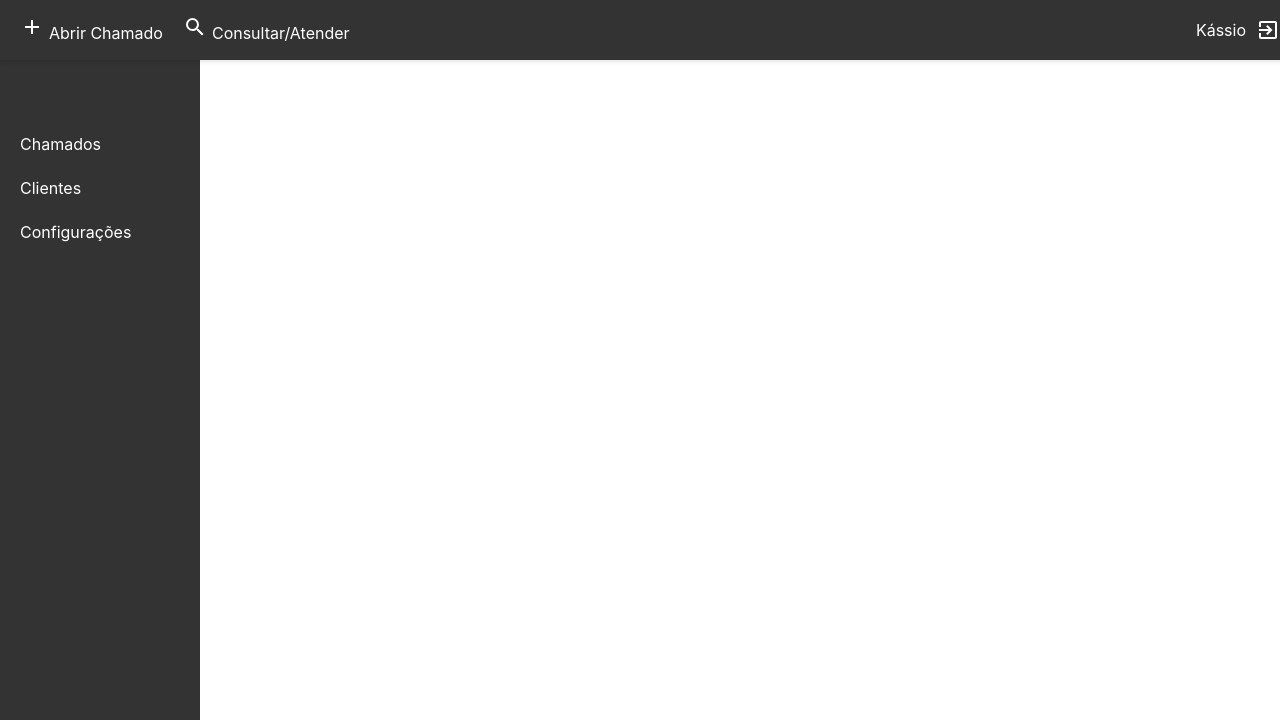
Repository: zkassimz/helpdesk
Page: /
An editor plug-in stored every save of this project. The page is shown before and after the next save, followed by the edit.
The browser window is 1280 px wide. The pictures show the whole page.
The project was rebuilt for these pictures with package versions that can differ from the ones it lists, and the page was loaded fresh each time. Also part of the build but not shown: vite.config.js, src/components/css/Chamados.css, src/components/Chamados.jsx, src/components/Clientes.jsx, src/components/Configuracoes.jsx.

Above is the page before, as saved 2024-04-01 13:27:40.

### index.html
<!doctype html>
<html lang="en">

  <body>
    <div id="root"></div>
    <script type="module" src="/src/main.jsx"></script>
  </body>
</html>

### src/App.jsx
// src/App.js
import React, { useState } from 'react';
import AppBar from './components/AppBar'; // Importando o componente AppBar
import Sidebar from './components/Sidebar';
import Chamados from './components/Chamados';
import Clientes from './components/Clientes';
import Configuracoes from './components/Configuracoes';
import './App.css';

function App() {
  const [currentPage, setCurrentPage] = useState('Dashboard');

  const renderPage = () => {
    switch (currentPage) {
      case 'Chamados':
        return <Chamados />;
      case 'Clientes':
        return <Clientes />;
      case 'Configuracoes':
        return <Configuracoes />;
      default:
        return <div>Página não encontrada</div>;
    }
  };

  return (
    <div className="app">
      <AppBar />
      <div className="content">
        <Sidebar setCurrentPage={setCurrentPage} />
        <div className="main-content">
          {renderPage()}
        </div>
      </div>
    </div>
  );
}

export default App;

### src/components/AppBar.jsx

import React from 'react';
import { MdAdd, MdSearch, MdExitToApp } from 'react-icons/md';
import './css/AppBar.css';
const AppBar = () => {
  return (
    <div className="appbar">
      <div className="appbar-left">
        <div className="appbar-item" onClick={() => console.log("Abrir chamado")}>
          <MdAdd size={24} />
          <span>Abrir Chamado</span>
        </div>
        <div className="appbar-item" onClick={() => console.log("Consultar/Atender")}>
          <MdSearch size={24} />
          <span>Consultar/Atender</span>
        </div>
      </div>
      <div className="appbar-right">
        <span>Kássio </span>
        <div className="logout-button" onClick={() => console.log("Logout")}>
          <MdExitToApp size={24} />
        </div>
      </div>
    </div>
  );
};

export default AppBar;

### src/components/Sidebar.jsx
import React from 'react';
import './css/SideBar.css';

const Sidebar = ({ setCurrentPage }) => {
  const handleClick = (page) => {
    setCurrentPage(page);
  };

  return (
    <div className="sidebar">
      <div className="sidebar-header">
        <h3>Menu</h3>
      </div>
      <ul className="menu">
        <li onClick={() => handleClick('Chamados')}>Chamados</li>
        <li onClick={() => handleClick('Clientes')}>Clientes</li>
        <li onClick={() => handleClick('Configurações')}>Configurações</li>
      </ul>
    </div>
  );
};

export default Sidebar;

### src/App.css

.app {
  display: grid;
  grid-template-rows: auto 1fr;
  height: 100vh;
}
.sidebar {
  width: 200px;
  background-color: #333;
  color: #fff;
}

.main-content {
  flex: 1;
  overflow-y: auto;
}

.content {
  display: flex;
}

.sidebar-header {
  padding: 20px;
  text-align: center;
}

.menu {
  list-style-type: none;
  padding: 0;
}

.menu li {
  padding: 10px 20px;
  cursor: pointer;
}

.menu li:hover {
  background-color: #555;
}

### src/components/css/AppBar.css


.appbar {
    background-color: #333;
    color: #fff;
    display: flex;
    justify-content: space-between;
    align-items: center;
    padding: 0 20px;
    height: 60px; /* Definindo a altura da AppBar */
    width: 100%; /* Definindo a largura da AppBar como 100% da tela */
    position: fixed; /* Fixando a AppBar no topo da tela */
    top: 0; /* Alinhando a AppBar no topo da tela */
    z-index: 1000; /* Ajustando a ordem de empilhamento para que a AppBar fique acima de outros elementos */
    box-shadow: 0 2px 4px rgba(0, 0, 0, 0.1); /* Adicionando uma sombra para efeito */
  }

  .appbar-left, .appbar-right {
    display: flex;
    align-items: center;
  }

  .appbar-item, .logout-button {
    cursor: pointer;
    margin-right: 20px;
    text-decoration: none; /* Removendo o sublinhado padrão */
    color: inherit; /* Herdando a cor do texto do elemento pai */
    transition: all 0.3s ease; /* Adicionando uma transição suave */
  }

  .appbar-item:hover, .logout-button:hover {
    transform: translateY(-2px); /* Adicionando um efeito de levantamento ao passar o mouse */
  }

  .appbar-item span {
    margin-left: 5px;
  }

  .logout-button {
    display: flex;
    align-items: center;
  }

  .logout-button span {
    margin-right: 10px;
  }
  .appbar-right {
    display: flex;
    align-items: center;
  }

  .appbar-right span {
    margin-right: 10px; /* Adicionando espaçamento à direita do nome do usuário */
  }

  .logout-button {
    display: flex;
    align-items: center;
  }

### src/components/css/SideBar.css
.sidebar {
    width: 100px;
    background-color: #333;
    color: #fff;
    height: 100vh;
  }

  .sidebar.open {
    width: 0;
  }

  @media (max-width: 768px) {
    .sidebar {
      width: 100%;
    }
  }


  @media (min-width: 1024px) {
    .sidebar {
      width: 300px;
    }
  }

Loaded but not shown: src/main.jsx (common file); src/index.css (common file)

After the next save:
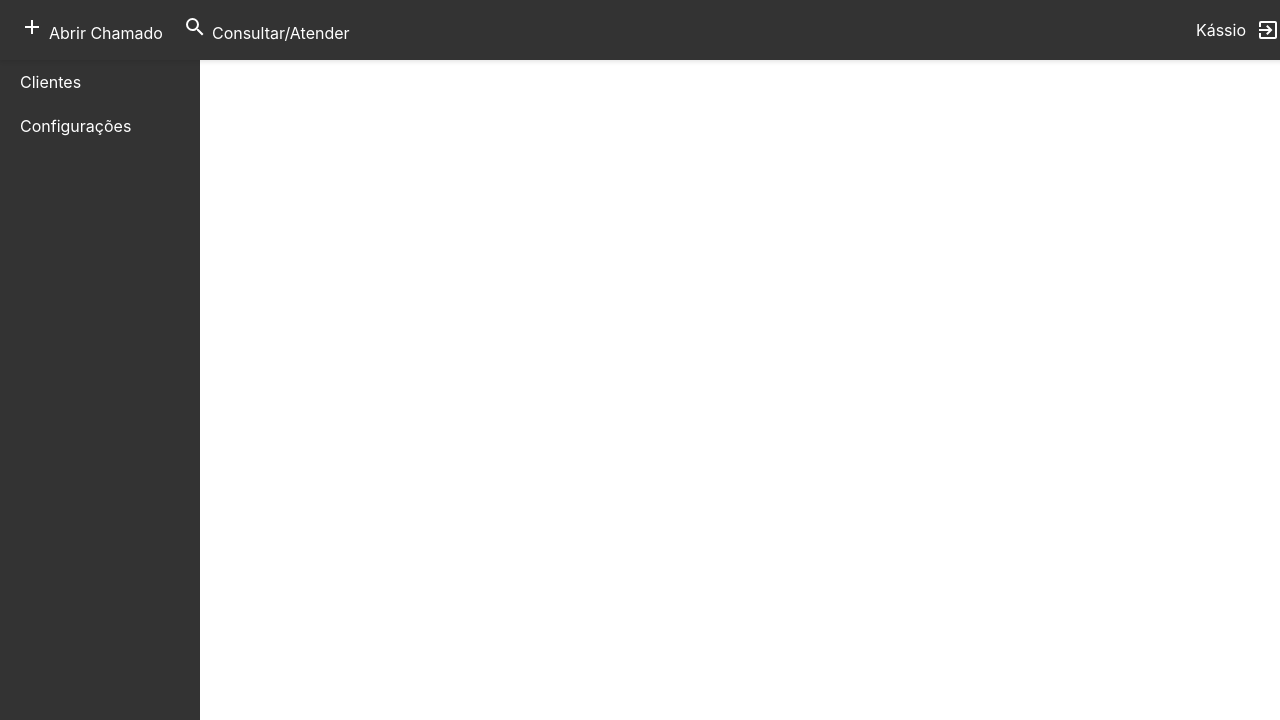
Saved 100 s later.
--- a/src/components/Sidebar.jsx
+++ b/src/components/Sidebar.jsx
@@ -8,9 +8,7 @@
 
   return (
     <div className="sidebar">
-      <div className="sidebar-header">
-        <h3>Menu</h3>
-      </div>
+
       <ul className="menu">
         <li onClick={() => handleClick('Chamados')}>Chamados</li>
         <li onClick={() => handleClick('Clientes')}>Clientes</li>

After the save that followed:
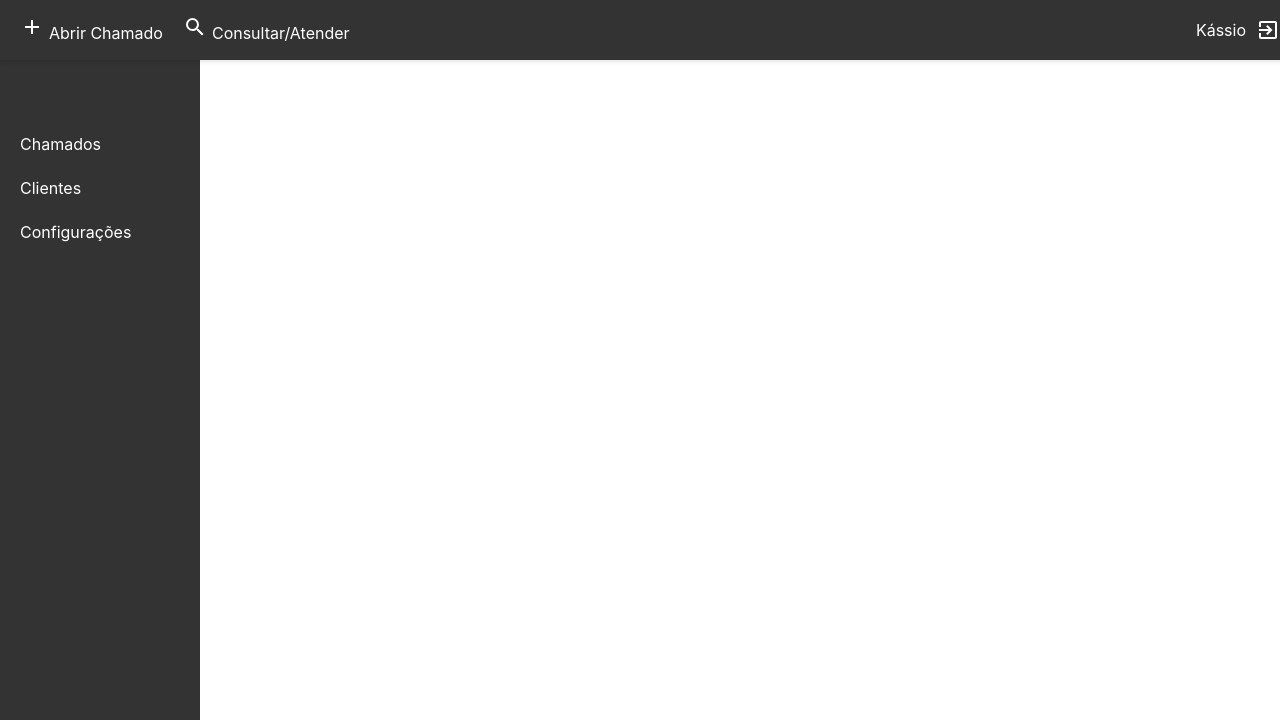
Saved 4 s later.
--- a/src/components/Sidebar.jsx
+++ b/src/components/Sidebar.jsx
@@ -8,7 +8,9 @@
 
   return (
     <div className="sidebar">
-
+      <div className="sidebar-header">
+        <h3>Menu</h3>
+      </div>
       <ul className="menu">
         <li onClick={() => handleClick('Chamados')}>Chamados</li>
         <li onClick={() => handleClick('Clientes')}>Clientes</li>
